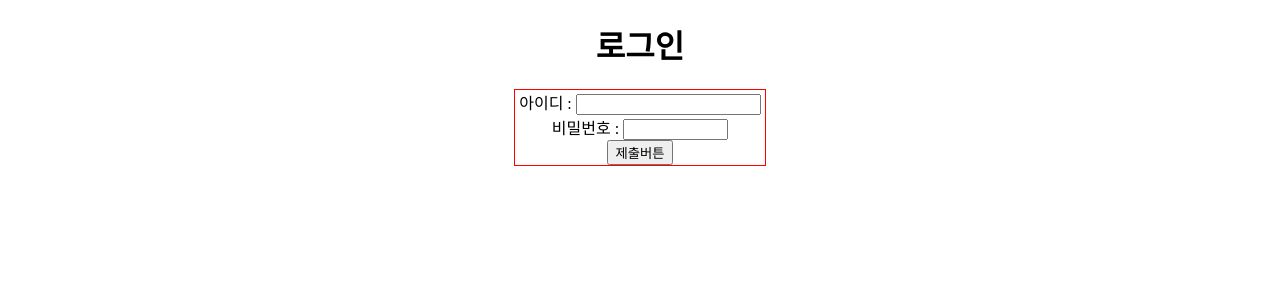
Repository: JaySurplusYoon/JSP_Servlet
Page: jsp01/WebContent/Human_info.html
An editor plug-in stored every save of this project. The page is shown before and after the next save, followed by the edit.
The browser window is 1280 px wide. The pictures show the whole page.

Above is the page before, as saved 2017-08-10 14:40:19.

### jsp01/WebContent/Human_info.html
<!DOCTYPE html>
<html>
<head>
<meta charset="UTF-8">
<title>회원정보</title>
<style>
	#loginFormArea{
		text-align : center;
		width : 250px;
		margin : auto;
		border : 1px solid red;
	}
	h1{
		text-align : center;
	}
</style>
</head>
<body>
	<h1>로그인</h1>
	<section id  = "loginFormArea">
	<form action="HI" method="get">
	<label id = "id">아이디 :</label>
		<input type= "text" name= "id" id="id"/> <br>
	<label pw = "password">비밀번호 :</label>
		<input type = "password" name="pw" size='10'><br>

	<input type="submit" value="제출버튼">
	</form>
	</section>

</body>
</html>

After the next save:
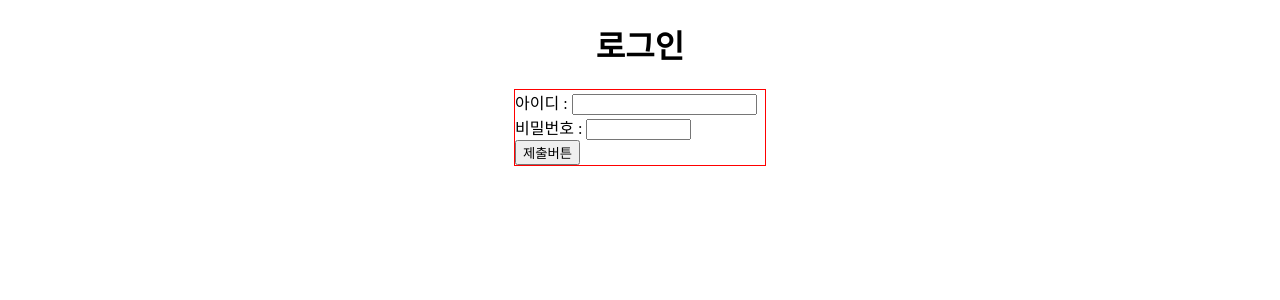
Saved 25 s later.
--- a/jsp01/WebContent/Human_info.html
+++ b/jsp01/WebContent/Human_info.html
@@ -5,7 +5,7 @@
 <title>회원정보</title>
 <style>
 	#loginFormArea{
-		text-align : center;
+		text-align : justify;
 		width : 250px;
 		margin : auto;
 		border : 1px solid red;
